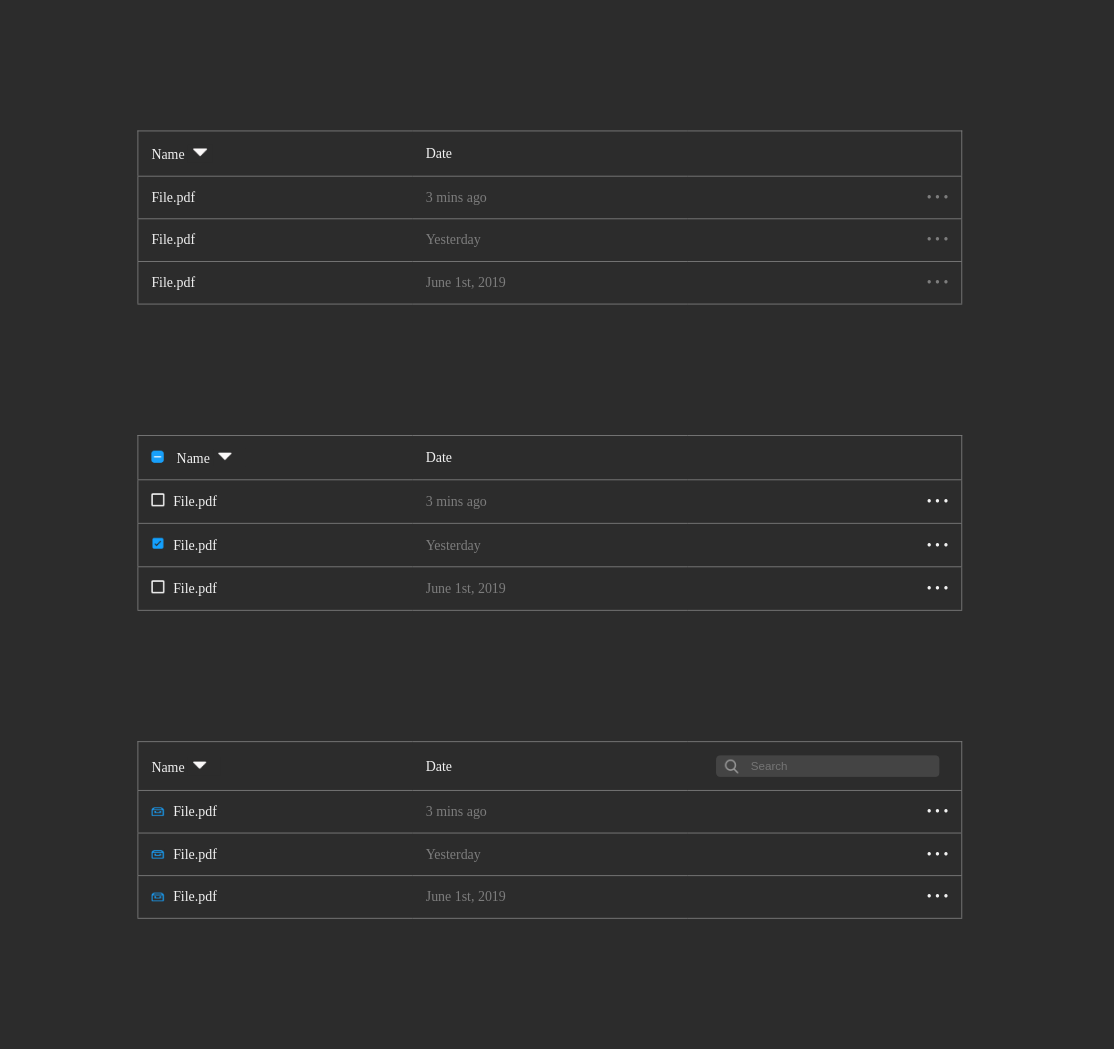
Repository: batonAnton/Hw5-table
Page: index.html
An editor plug-in stored every save of this project. The page is shown before and after the next save, followed by the edit.
The browser window is 1280 px wide. The pictures show the whole page, at 87% of full size.

Above is the page before, as saved 2022-06-14 12:41:17.

After the next save:
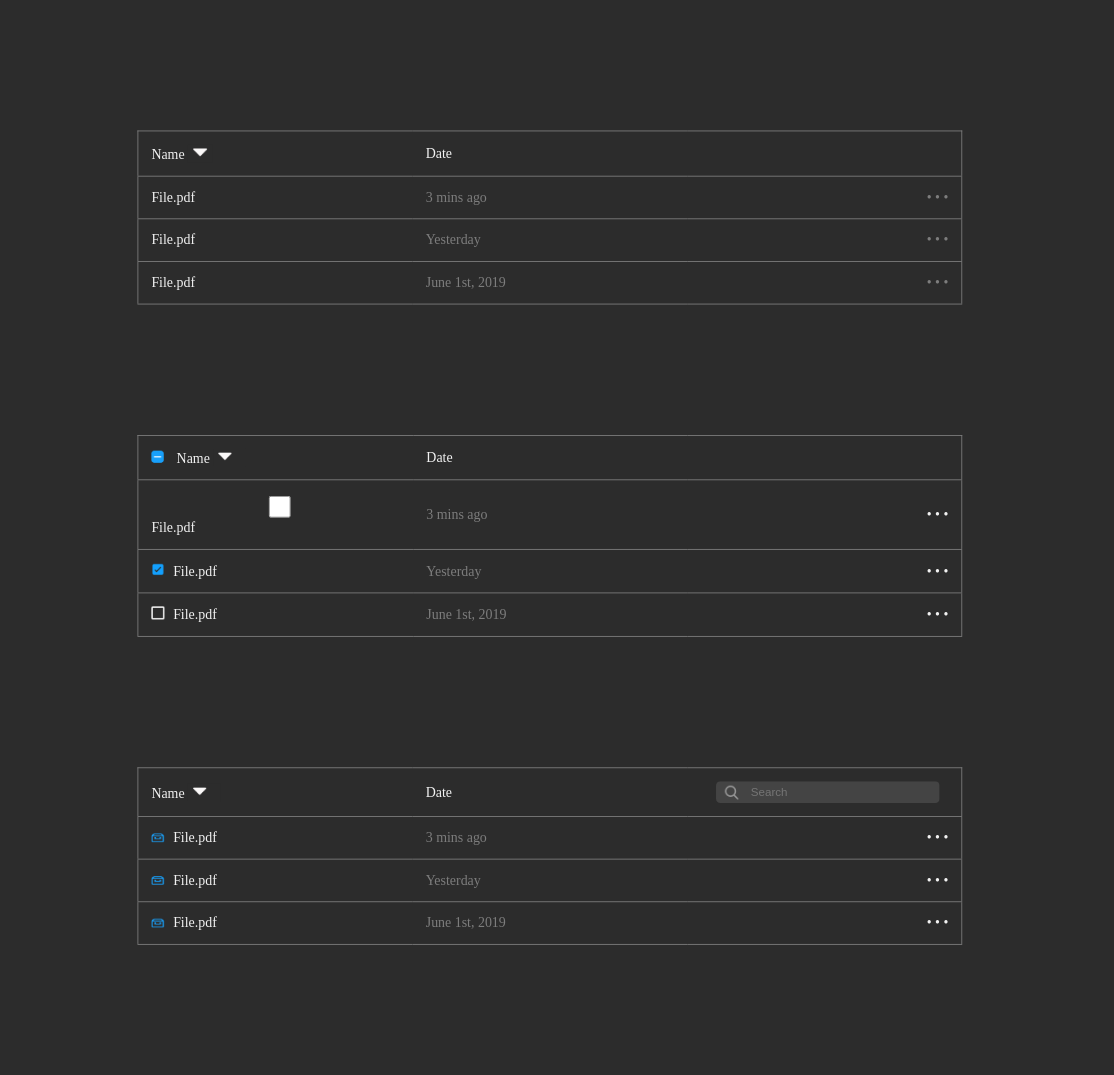
Saved 8 min 16 s later.
--- a/index.html
+++ b/index.html
@@ -40,7 +40,7 @@
         </tr>
 
         <tr>
-            <td> <img src="image/checkbox (1).png" alt="">File.pdf</td>
+            <td> <input type="checkbox"> File.pdf</td>
             <td class="gray-color">3 mins ago</td>
             <td class="right-dot white-dot">&#x2022 &#x2022 &#x2022</td>
         </tr>
